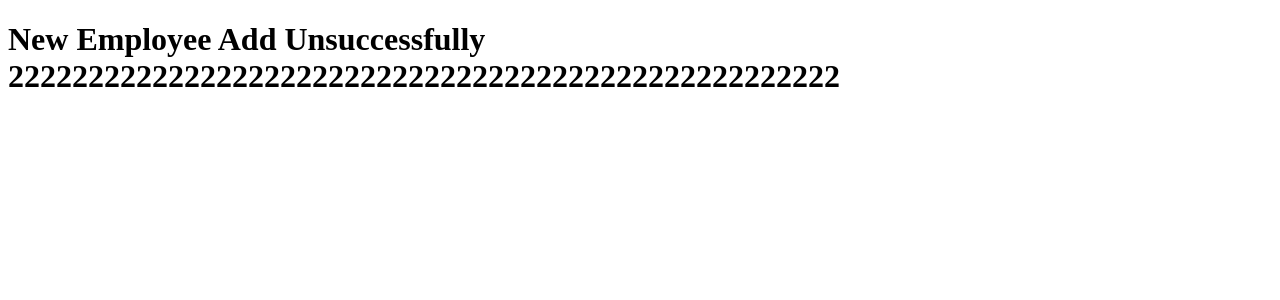
Repository: IT20643218/Employee-Management-System-OOP-Project-20-Y2S2
Page: http://localhost/EmployeeDemo/unsuccess.jsp
The author's editor kept a copy of each file at every save. The page is drawn from the files as they stood at one save, then again after the next save.
The browser window is 1280 px wide. The pictures show the whole page.
The page is served by Tomcat 9. Nobody is signed in. The application's start-up code is not run. Other server files are loaded and not shown.

Above is the page before, as saved 2021-09-28 10:07:33.

### Java_Project/EmployeeDemo/src/main/webapp/unsuccess.jsp
<%@ page language="java" contentType="text/html; charset=ISO-8859-1"
    pageEncoding="ISO-8859-1"%>
<!DOCTYPE html>
<html>
<head>
<meta charset="ISO-8859-1">
<title>Insert title here</title>
</head>
<body>
		<h1>New Employee Add Unsuccessfully 2222222222222222222222222222222222222222222222222222</h1>

</body>
</html>

After the next save:
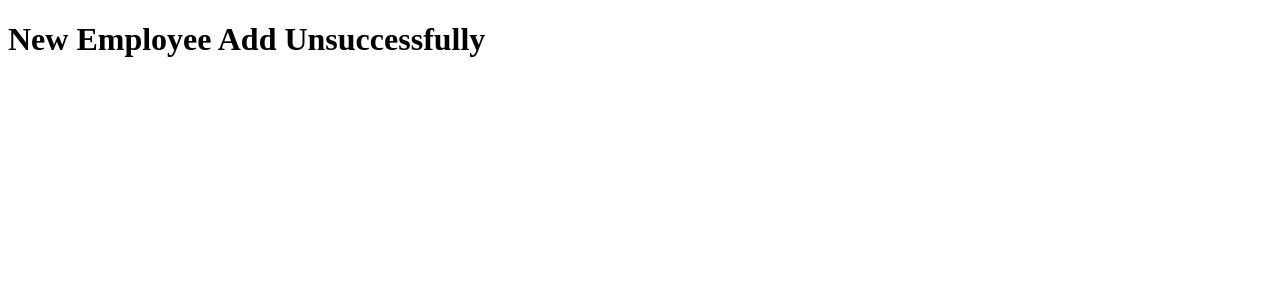
Saved 107 s later.
--- a/Java_Project/EmployeeDemo/src/main/webapp/unsuccess.jsp
+++ b/Java_Project/EmployeeDemo/src/main/webapp/unsuccess.jsp
@@ -7,7 +7,7 @@
 <title>Insert title here</title>
 </head>
 <body>
-		<h1>New Employee Add Unsuccessfully 2222222222222222222222222222222222222222222222222222</h1>
+		<h1>New Employee Add Unsuccessfully</h1>
 
 </body>
 </html>
